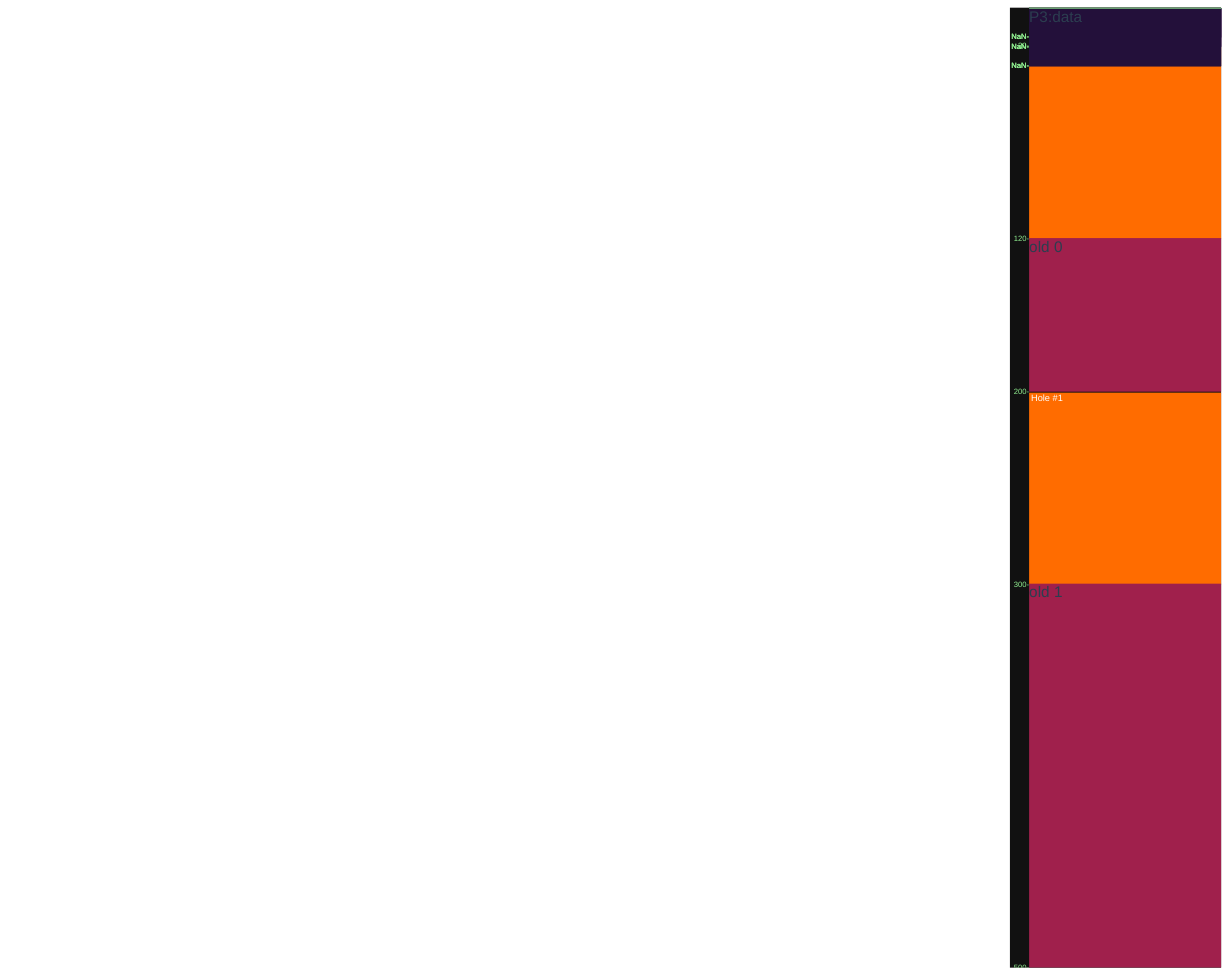
Repository: atout811/memory-allocation-project
Page: /#/final
These files come from the project's save history. The page is drawn as it stood at one moment and after the next save; the edit follows.
The browser window is 1280 px wide. The pictures show the whole page, at 96% of full size.
The project was rebuilt for these pictures with package versions that can differ from the ones it lists, and the page was loaded fresh each time. Also part of the build but not shown: src/views/MemoryAndHoles.vue, src/views/Process.vue, src/views/Methods.vue.

Above is the page before, as saved 2021-06-09 21:30:28.

### src/App.vue
<template>
  <router-view v-slot="{ Component }">
    <transition name="fade" mode="out-in">
      <component :is="Component" />
    </transition>
  </router-view>
</template>
<script>
import MemHole from "./views/MemoryAndHoles.vue";
export default {
  name: "App",
  components: { MemHole },
};
</script>
<style lang="scss">
#app {
  font-family: Avenir, Helvetica, Arial, sans-serif;
  -webkit-font-smoothing: antialiased;
  -moz-osx-font-smoothing: grayscale;
  text-align: center;
  color: #2c3e50;
  display: flex;
  flex-direction: column;
  align-items: center;
}
a {
  font-weight: bold;
  color: #42b983;

  &.router-link-exact-active {
    color: #42b983;
  }
}
.fade-enter-active,
.fade-leave-active {
  transition: opacity 0.5s ease;
}
.fade-enter-from, .fade-leave-to /* .fade-leave-active below version 2.1.8 */ {
  opacity: 0;
}
</style>

### src/router/index.js
import { createRouter, createWebHashHistory } from "vue-router";
import Process from "../views/Process";
import MemoryAndHoles from "../views/MemoryAndHoles";
import Methods from "../views/Methods";
import Final from "../views/Final";

const routes = [
  {
    path: "/",
    name: "Home",
    component: MemoryAndHoles,
  },
  {
    path: "/process",
    name: "Process",
    component: Process,
  },
  {
    path: "/methods",
    name: "Methods",
    component: Methods,
  },
  {
    path: "/final",
    name: "Final",
    component: Final,
  },
];

const router = createRouter({
  history: createWebHashHistory(),
  routes,
});

export default router;

### src/store/index.js
import { createStore } from "vuex";

export default createStore({
  state: {
    input: {
      memSize: 500,
      Holes: [
        { starting: 20, size: 100 },
        { starting: 200, size: 100 },
      ],
      Processes: [
        // {
        //   name: "P0",
        //   segments: [
        //     { name: "code", size: 10 },
        //     { name: "stack", size: 20 },
        //     { name: "data", size: 20 },
        //   ],
        // },
        {
          name: "P1",
          segments: [
            { name: "code", size: 15 },
            { name: "stack", size: 20 },
            { name: "data", size: 30 },
          ],
        },
        {
          name: "P2",
          segments: [
            { name: "code", size: 15 },
            { name: "stack", size: 20 },
            { name: "data", size: 30 },
          ],
        },
        {
          name: "P3",
          segments: [
            { name: "code", size: 15 },
            { name: "stack", size: 20 },
            { name: "data", size: 30 },
          ],
        },
      ],
      Method: "first-fit",
    },
  },
  mutations: {},
  actions: {},
  modules: {},
});

### src/views/Final.vue
<template>
  <div class="memory"></div>
</template>

<script>
export default {
  name: "Final",

  data() {
    return {
      data: this.$store.state.input,
    };
  },
  mounted: function () {
    const memory = document.querySelector(".memory");
    const scale = 2;

    let totalMemorySize = this.data.memSize;
    // const submitbtn = document.getElementById("submit")
    // const memSize = document.getElementById("memSize")
    // submitbtn.onclick=()=>{
    //     let val = memSize.value
    //     let intval = parseInt(val)
    //     memSize.value =intval
    //     totalMemorySize=intval
    //     renderMemory()
    // }
    // let holes = [
    //   [140, 100],
    //   [40, 80],
    //   [260, 50],
    //   [340, 30],
    //   [400, 80],
    //   [450, 60],
    //   [510, 20],
    // ];
    let holes = this.data.Holes.map((item) => [item.starting, item.size]);

    function orderHoles() {
      holes = holes.sort((a, b) => a[0] - b[0]);
    }
    function renderMemory() {
      memory.style.height = `${totalMemorySize * scale}px`;
    }
    renderMemory();
    // let processes = [
    //   [null, { code: [10], data: [30], stack: [16] }, "p1"],
    //   [null, { code: [15], data: [30], stack: [25] }, "p3"],
    //   [null, { code: [10], data: [40], stack: [18] }, "p2"],
    //   [null, { code: [12], data: [10], stack: [12] }, "p4"],
    // ]; //start,size,name
    // let segmetns = this.data.Processes.segments
    let obj = {};
    let test = this.data.Processes.map((item) => [
      null,
      item.segments.forEach((el) => {
        obj[el.name] = [Number(el.size)];
      }),
      item.name,
    ]);
    console.log("testoooooo: ", test);
    let processes = test.map((item) => [null, obj, item[2]]);
    let OldProcess = [];
    console.log("processess: ", processes);

    function generateOldProcess() {
      const firstHoleStart = holes[0][0];

      if (firstHoleStart > 0) OldProcess.push([0, firstHoleStart, `old ${0}`]);

      for (let h = 0; h < holes.length; h++) {
        const holeStart = holes[h][0];
        const HoleSize = holes[h][1];
        const HoleEnd = holeStart + HoleSize;

        if (h === holes.length - 1) {
          const lastHole = totalMemorySize - HoleEnd;
          if (HoleEnd < totalMemorySize)
            OldProcess.push([HoleEnd, lastHole, `old ${h}`]);
        } else {
          const nextStart = holes[h + 1][0];
          OldProcess.push([HoleEnd, nextStart - HoleEnd, `old ${h}`]);
        }
      }
    }
    // alert(holes[0][0])
    function renderHoles(type, holes) {
      // holes ==>
      for (let hole = 0; hole < holes.length; hole += 1) {
        const startingIndex = holes[hole][0];
        const size = holes[hole][1];

        // alert(hole)
        const holeBox = document.createElement("div");
        if (type === "old") {
          holeBox.innerText = holes[hole][2];
          holeBox.classList.add("oldProcess");
        } else if (type === "hole") {
          holeBox.innerText = "Hole #" + hole;
          holeBox.classList.add("hole");
        } else if (type === "process") {
          holeBox.innerText = holes[hole][2];
          holeBox.classList.add("process");
        }

        holeBox.style.top = `${startingIndex * scale}px`;
        holeBox.style.height = `${size * scale}px`;
        const endSize = document.createElement("span");
        const endSizeContainer = document.createElement("div");
        endSizeContainer.classList.add("endSizeContainer");
        endSizeContainer.appendChild(endSize);
        endSize.innerText = startingIndex + size;

        endSize.classList.add("holeEndIndex");
        if (startingIndex !== null) {
          holeBox.appendChild(endSizeContainer);
          memory.appendChild(holeBox);
        } else {
          // ERROR THE PROCESS CAN'T BE ALLOCATED
        }
      }
    }

    const totalProcessSize = (process) =>
      Object.values(process).reduce((prev, acc) => prev + acc);

    function allocate() {
      for (let p = 0; p < processes.length; p++) {
        // DON'T TOUCH MY SHIT 😡😡😡
        firstFit(processes[p]);
      }
    }

    function firstFit(p, totalProcessSize) {
      // forEach segment loop over the holes
      // create a temp allocation array
      // that array
      // const size =totalProcessSize
      const [IsAllocated, segments, processName] = p;

      let tempHoles = [...holes];
      console.log("tempHoles", tempHoles);

      Object.entries(segments).forEach(([name, value]) => {
        console.log("yalalaaaghwwyyy", value);
        tempHoles.every((hole, index) => {
          const [holeStart, holeSize] = hole;
          let [size, segmentStartingIndex] = value;

          if (size <= holeSize) {
            value[1] = tempHoles[index][0];
            const segEnd = size + holeStart;
            tempHoles[index][0] = segEnd;
            tempHoles[index][1] = tempHoles[index][1] - size;

            return false;
          } else {
            return true;
          }
        });
      });
      console.log("Segmeeeeeenttttttts", segments);
      // segments.forEach(({ size }) => {
      //   tempHoles.every((hole, index) => {
      //     const [holeStart, holeSize] = hole;
      //     // let [size, segmentStartingIndex] = value;

      //     if (size <= holeSize) {
      //       size = tempHoles[index][0];
      //       const segEnd = size + holeStart;
      //       tempHoles[index][0] = segEnd;
      //       tempHoles[index][1] = tempHoles[index][1] - size;
      //       return false;
      //     } else {
      //       return true;
      //     }
      //   });
      // });

      // if(size<holeSize){
      //     p[0] = holeStart
      //     const processEnd = holeStart+size
      //     holes[h][0] = processEnd
      //     holes[h][1]= holes[h][1] - size
      //     return
      //     //update the hole
      // }
    }

    function renderProcess() {
      console.log("PROCESS", processes);
      processes.forEach((p) => {
        // if(accumalatedStartingIndex!==undefined){

        // loop over segments:
        Object.keys(p[1]).forEach((s) => {
          console.log("SEGMEMT", [p[1][s][1], [p[1][s]][0]]);
          renderHoles("process", [[p[1][s][1], p[1][s][0], `${p[2]}:${s}`]]);
          // accumalatedStartingIndex+=p[1][s]
        });
        // }else{
        // PROCESS CAN NOT BE ALLOCATED (NO ENGOUGH SPACE!)
        // }
      });
    }

    function concateHoles() {
      holes.forEach((h, index) => {
        const [start, size] = h;
        if (index < holes.length - 1) {
          const end = start + size;
          const [nextStart, nextSize] = holes[index + 1];
          if (end >= nextStart) {
            holes[index][1] = nextStart + nextSize - start;
            holes = [...holes.slice(0, index + 1), ...holes.slice(index + 2)];
            concateHoles();
          }
        }
      });
    }

    function deleteProcess(processName, isOld) {
      // create a hole
      let start, ProcessSize, AfterDelete, segments;
      if (isOld) {
        // deleteProcess()
        const processIndex = OldProcess.findIndex((p) => p[2] === processName);
        AfterDelete = [
          ...OldProcess.slice(0, processIndex),
          ...OldProcess.slice(processIndex + 1),
        ];
        // [start,segments,name] =processes[processIndex]
        start = OldProcess[processIndex][0];
        ProcessSize = OldProcess[processIndex][1];

        OldProcess = AfterDelete;
        holes.push([start, ProcessSize]);
      } else {
        const processIndex = processes.findIndex((p) => p[2] === processName);
        console.log("INDDDEX", processIndex);
        AfterDelete = [
          ...processes.slice(0, processIndex),
          ...processes.slice(processIndex + 1),
        ];
        //  recover Holes
        const [starter, segments] = processes[processIndex];
        Object.values(segments).forEach(([size, starting]) => {
          console.log(size, starting);
          holes.push([starting, size]);
        });
        processes = AfterDelete;
      }

      orderHoles();
      concateHoles();
      // [null,{code:10,data:30,stack:16},"p1"]
      render();
    }
    orderHoles();
    concateHoles();
    generateOldProcess();
    // deleteProcess("old 0",true)
    // deleteProcess("old 2",true)

    function clear() {
      while (memory.firstChild) {
        memory.removeChild(memory.lastChild);
      }
    }
    // allocate();
    function render() {
      clear();
      renderHoles("hole", holes);
      renderHoles("old", OldProcess);
      renderProcess();
    }
    render();
    // deleteProcess("p2", false);
    // deleteProcess("p1", false);
    // deleteProcess("p4", false);
  },
};
</script>

<style scoped >
.memory {
  background-color: #111;
  /* padding: 20px; */
  /* border-radius: 5px; */
  display: flex;
  flex-direction: column;
  width: 200px;
  align-self: flex-end;
  height: 1150px;
  /* top: 5%; */
  position: absolute;
  padding-left: 20px;
  overflow: hidden;
}
.memory >>> .hole {
  background-color: #ff6c00;
  /* border: 0.7px solid #0f0; */

  margin-top: 1px;
  /* height: 100px; */
  display: flex;
  /* align-self: center; */
  width: 100%;

  /* align-items: center; */
  /* justify-content: center; */
  position: absolute;
}
.memory >>> .oldProcess {
  background-color: #a0204c;
  /* border: 0.7px solid darkred; */
  display: flex;

  width: 100%;
  position: absolute;
}
.memory >>> .process {
  background-color: #23103a;
  /* border-bottom: 0.7px solid #eae7af; */
  border-top: 0.7px solid lightgreen;
  display: flex;
  width: 100%;
  position: absolute;
}

.memory >>> .hole,
.oldProcess,
.process {
  font-size: 0.6rem;
  text-transform: capitalize;
  padding-left: 2px;
  color: #fff;
}

.memory >>> .endSizeContainer {
  /* background-color: red !important; */
  width: 20px;
  z-index: 1000;
  color: lightgreen !important;
  color: #ccc;
  font-size: 0.5rem;

  position: absolute;
  top: calc(100% - 5.4px);
  text-align: right;
  display: block;
  left: -20px;
}
.memory >>> .holeEndIndex::after {
  content: "-";
}
</style>

Loaded but not shown: public/index.html (common file); src/main.js (common file)

After the next save:
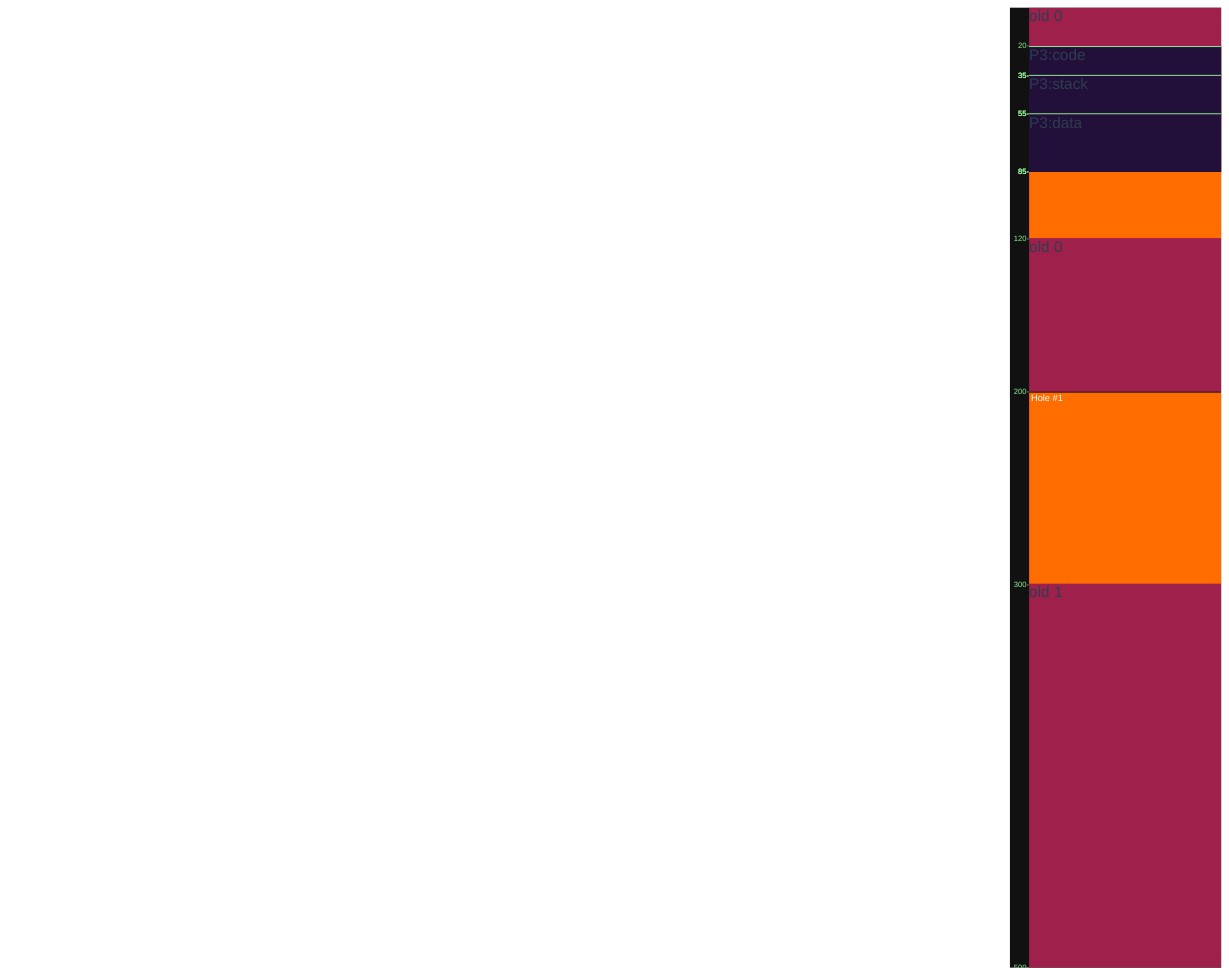
Saved 4 min 23 s later.
--- a/src/views/Final.vue
+++ b/src/views/Final.vue
@@ -137,54 +137,32 @@ export default {
       // that array
       // const size =totalProcessSize
       const [IsAllocated, segments, processName] = p;
-
-      let tempHoles = [...holes];
-      console.log("tempHoles", tempHoles);
-
+      let isAllProcessAllocated = true;
+      let tempHoles = JSON.parse(JSON.stringify(holes));
+      // tempHoles  = []
+      // holes=tempHoles
       Object.entries(segments).forEach(([name, value]) => {
-        console.log("yalalaaaghwwyyy", value);
+        // isAllProcessAllocated = true
         tempHoles.every((hole, index) => {
           const [holeStart, holeSize] = hole;
           let [size, segmentStartingIndex] = value;
-
           if (size <= holeSize) {
             value[1] = tempHoles[index][0];
             const segEnd = size + holeStart;
             tempHoles[index][0] = segEnd;
             tempHoles[index][1] = tempHoles[index][1] - size;
-
             return false;
           } else {
+            if (index === tempHoles.length - 1) {
+              //😞 مش لاقي مكان
+              isAllProcessAllocated = false;
+              console.log("CATCH", p);
+              p[0] = true;
+            }
             return true;
           }
         });
       });
-      console.log("Segmeeeeeenttttttts", segments);
-      // segments.forEach(({ size }) => {
-      //   tempHoles.every((hole, index) => {
-      //     const [holeStart, holeSize] = hole;
-      //     // let [size, segmentStartingIndex] = value;
-
-      //     if (size <= holeSize) {
-      //       size = tempHoles[index][0];
-      //       const segEnd = size + holeStart;
-      //       tempHoles[index][0] = segEnd;
-      //       tempHoles[index][1] = tempHoles[index][1] - size;
-      //       return false;
-      //     } else {
-      //       return true;
-      //     }
-      //   });
-      // });
-
-      // if(size<holeSize){
-      //     p[0] = holeStart
-      //     const processEnd = holeStart+size
-      //     holes[h][0] = processEnd
-      //     holes[h][1]= holes[h][1] - size
-      //     return
-      //     //update the hole
-      // }
     }
 
     function renderProcess() {
@@ -267,7 +245,7 @@ export default {
         memory.removeChild(memory.lastChild);
       }
     }
-    // allocate();
+    allocate();
     function render() {
       clear();
       renderHoles("hole", holes);
